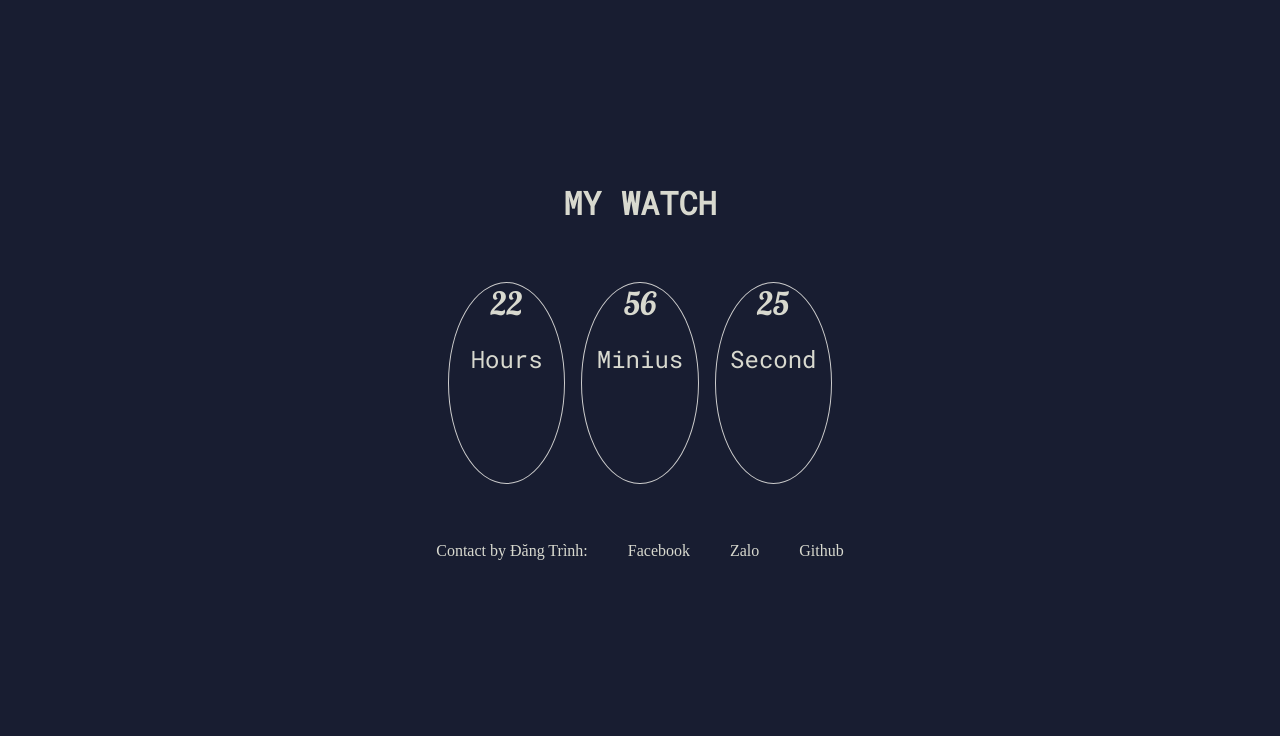
Repository: Dangtrinh28/myWatch
Page: index.html
The author's editor kept a copy of each file at every save. The page is drawn from the files as they stood at one save, then again after a run of saves.
The browser window is 1280 px wide. The pictures show the whole page.

Above is the page before, as saved 2022-12-07 00:12:11.

### index.html
<!DOCTYPE html>
<html lang="en">

<head>
    <meta charset="UTF-8">
    <meta http-equiv="X-UA-Compatible" content="IE=edge">
    <meta name="viewport" content="width=device-width, initial-scale=1.0">
    <title>MY WATCH</title>
    <link rel="stylesheet" href="./styles/main.css">
</head>

<body>

    <div class="container">
        <div class="container__heading">
            <h1>MY WATCH</h1>
        </div>

        <div class="watch__box">
            <div class="watch_list">
                <div class="watch_box-item">
                    <div id="hours" class="watch-item">0</div>
                    <span>Hours</span>
                </div>

                <div class="watch_box-item">
                    <div id="minius" class="watch-item">0</div>
                    <span>Minius</span>
                </div>

                <div class="watch_box-item">
                    <div id="second" class="watch-item">0</div>
                    <span>Second</span>
                </div>
            </div>
        </div>

        <ul class="contact">
            <li class="contact__item">
                <a class="contact__link" href="">Contact by Đăng Trình:</a>
            </li>

            <li class="contact__item">
                <a class="contact__link" href="">Facebook</a>
            </li>
            <li class="contact__item">
                <a class="contact__link" href="">Zalo</a>
            </li>
            <li class="contact__item">
                <a class="contact__link" href="">Github</a>
            </li>
        </ul>
    </div>

    <script src="./js/app.js"></script>
</body>

</html>

### styles/main.css
@import url('https://fonts.googleapis.com/css2?family=Lobster&display=swap');
@import url('https://fonts.googleapis.com/css2?family=Roboto+Mono:wght@300;400&display=swap');

body {
    height: 100vh;
    background-color: #181D31;
    display: flex;
    justify-content: center;
    align-items: center;
}

.container {
    text-align: center;
    color: #D8D9CF;
}

.container__heading {
    font-family: 'Roboto Mono', monospace;

}

.watch__box {
    margin: 50px;
}

.watch_list {
    width: 400px;
    display: flex;
    justify-content: space-between;
    align-items: center;
    color: #D8D9CF;
    font-size: 24px;
}

.watch_box-item {
    border: 1px solid #ccc;
    width: 200px;
    height: 200px;
    border-radius: 50%;
    margin: 8px;
}

.watch_box-item span{
    font-family: 'Roboto Mono', monospace;
}

.watch-item {
    margin-bottom: 20px;
    font-size: 32px;
    font-family: 'Lobster', cursive;
}

.house {

}

.minius {

}

.second {

}

.contact {
    display: flex;
    list-style: none;
    padding: 0;
    justify-content: center;
}

.contact__item {
    margin: 0 20px;
}

.contact__link {
    text-decoration: none;
    color: #D8D9CF;

}

### js/app.js
function myTime() {
  let now = new Date();
  let h = now.getHours();
  let m = now.getMinutes();
  let s = now.getSeconds();

  document.getElementById("hours").innerHTML = h;
  document.getElementById("minius").innerHTML = m;
  document.getElementById("second").innerHTML = s;

  setTimeout("myTime()",1000);
}

myTime()

After the next 2 saves:
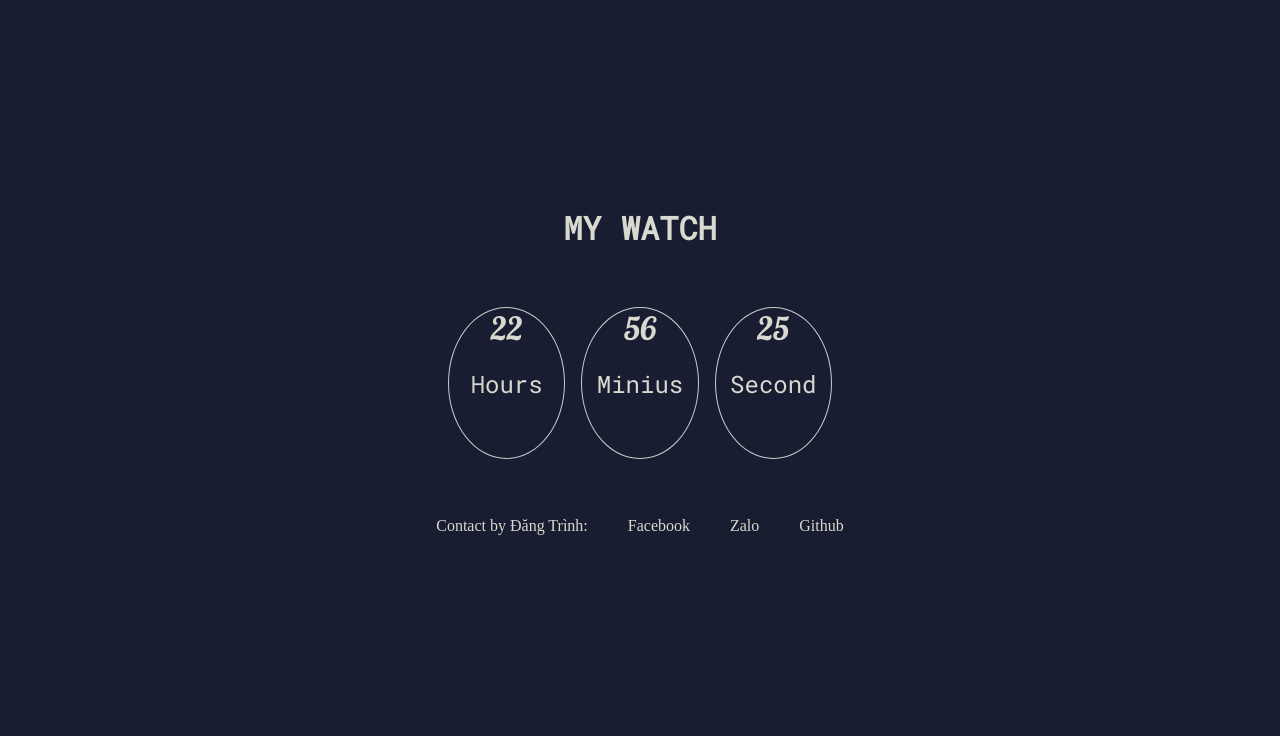
The 2 saves are shown as one change because they came seconds apart.
The last was saved 39 s later.
--- a/styles/main.css
+++ b/styles/main.css
@@ -34,8 +34,8 @@ body {
 
 .watch_box-item {
     border: 1px solid #ccc;
-    width: 200px;
-    height: 200px;
+    width: 150px;
+    height: 150px;
     border-radius: 50%;
     margin: 8px;
 }
